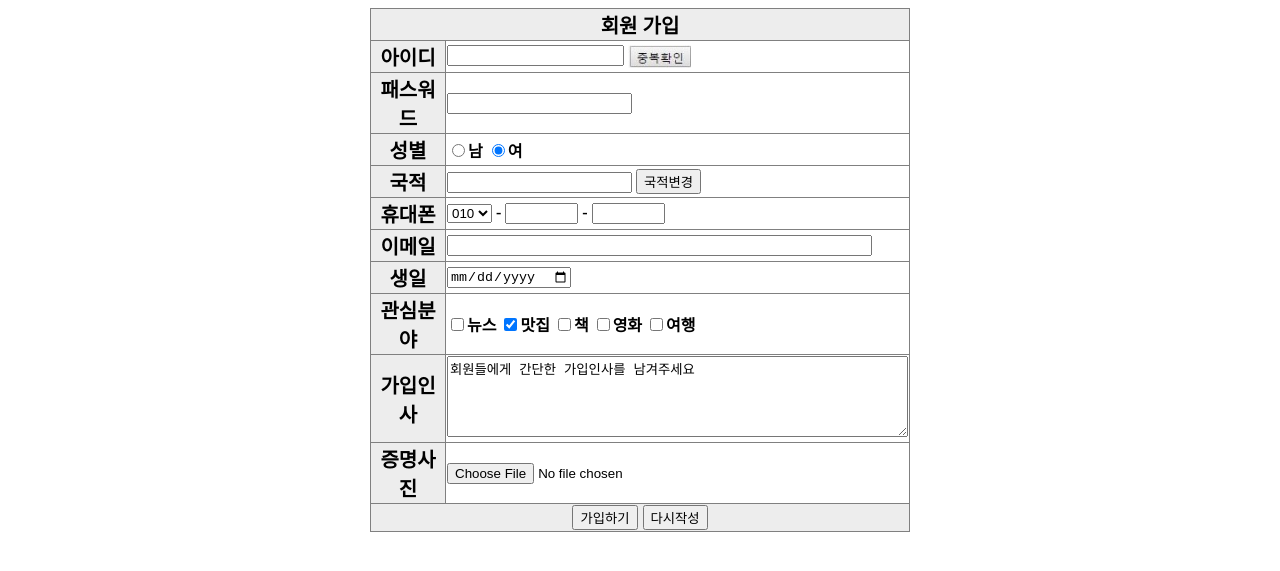
Repository: jpg723/Assignment
Page: 웹프로그래밍/Practice_02/src/main/webapp/Practice_02.html
These files come from the project's save history. The page is drawn as it stood at one moment and after the next save; the edit follows.
The browser window is 1280 px wide. The pictures show the whole page.

Above is the page before, as saved 2021-10-31 06:49:47.

### 웹프로그래밍/Practice_02/src/main/webapp/Practice_02.html
<!-- 컴퓨터학과 20200997 이미지 / 크롬-->
<!DOCTYPE html>
<html>
<head>
<meta charset="UTF-8">
<style>
table {
	border-collapse: collapse;
	width: 540px;
}

table, th, td {
	border: 1px solid gray;
	font-weight: bold;
}

th {
	font-size: 20px;
	background-color:#ededed;
}
tr {
	height: 23px;
}

input.imageAlign{
	vertical-align: middle;
}
</style>
<title>회원 가입</title>
</head>
<body>
	<form>
	<div align="center">
		<table>
			<tr>
				<th colspan="11">회원 가입</th>
			</tr>
			<tr>
				<th>아이디</th>
				<td>
					<input type="text" name="id" size="19">
					<input type="image" src="image/checkbutton.jpg"class="imageAlign" height="23">
				</td>
			</tr>
			<tr>
				<th>패스워드</th>
				<td>
					<input type="password" name="pwd" size="20">
				</td>
			</tr>
			<tr>
				<th>성별</th>
				<td><input type="radio" name="gen" value="0">남
				<input type="radio" name="gen" value="1" checked>여</td>
			</tr>
			<tr>
				<th>국적</th>
				<td>
					<input type="text" name="nation">
					<input type="button" value="국적변경">
				</td>
			</tr>
			<tr>
				<th>휴대폰</th>
				<td>
					<select name= "phone">
						<option value= 1 selected>010</option>
						<option value= 2>011</option>
						<option value= 3>017</option>
						<option value= 4>070</option>
						<option value= 5>080</option>
					</select>
					- <input type="text" name="phone" size="6">
					- <input type="text" name="phone" size="6">
				</td>
			</tr>
			<tr>
				<th>이메일</th>
				<td><input type="text" name="email" size="50"></td>
			</tr>
			<tr>
				<th>생일</th>
				<td><input type="date"></td>
			</tr>
			<tr>
				<th>관심분야</th>
				<td>
					<input type="checkbox" name="hobby" value="0">뉴스
					<input type="checkbox" name="hobby" value="1" checked>맛집
					<input type="checkbox" name="hobby" value="2">책
					<input type="checkbox" name="hobby" value="3">영화
					<input type="checkbox" name="hobby" value="4">여행
				</td>
			</tr>
			<tr>
				<th>가입인사</th>
				<td><textarea cols="55" rows="5">회원들에게 간단한 가입인사를 남겨주세요</textarea></td>
			</tr>
			<tr>
				<th>증명사진</th>
				<td><input type="file" name="photo" size="40"></td>
			</tr>
			<tr>
				<th colspan="11">
				<input type="submit" value="가입하기">
				<input type="reset" value="다시작성">
				</th>
			</tr>
		</table>
	</div>
	</form>
</body>
</html>

After the next save:
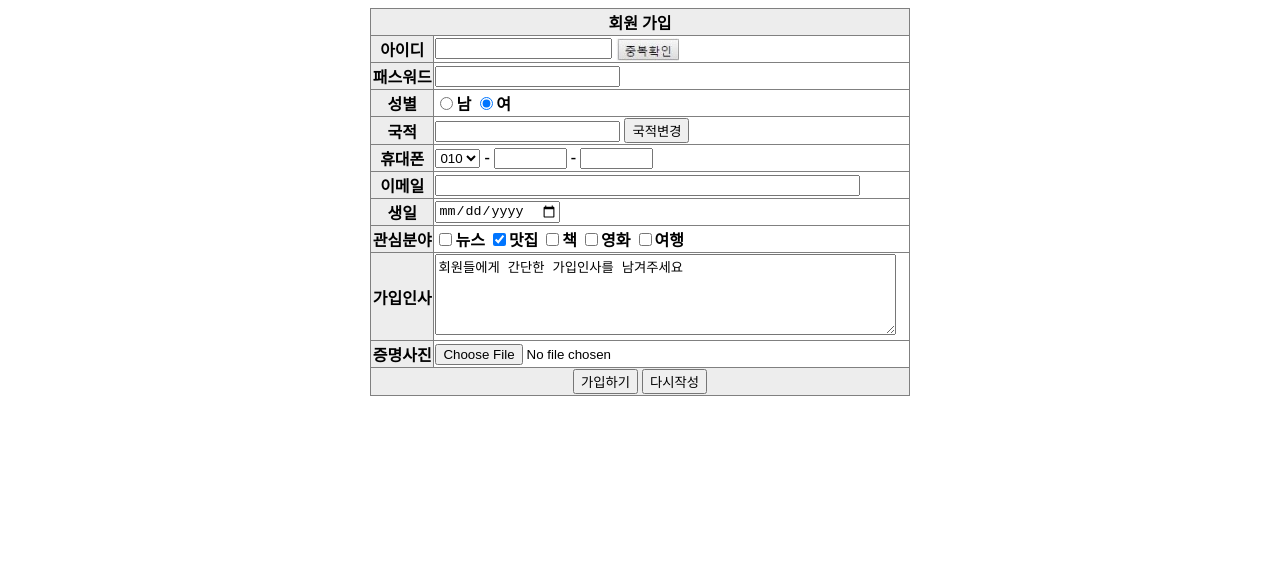
Saved 27 s later.
--- a/웹프로그래밍/Practice_02/src/main/webapp/Practice_02.html
+++ b/웹프로그래밍/Practice_02/src/main/webapp/Practice_02.html
@@ -15,7 +15,7 @@ table, th, td {
 }
 
 th {
-	font-size: 20px;
+
 	background-color:#ededed;
 }
 tr {
